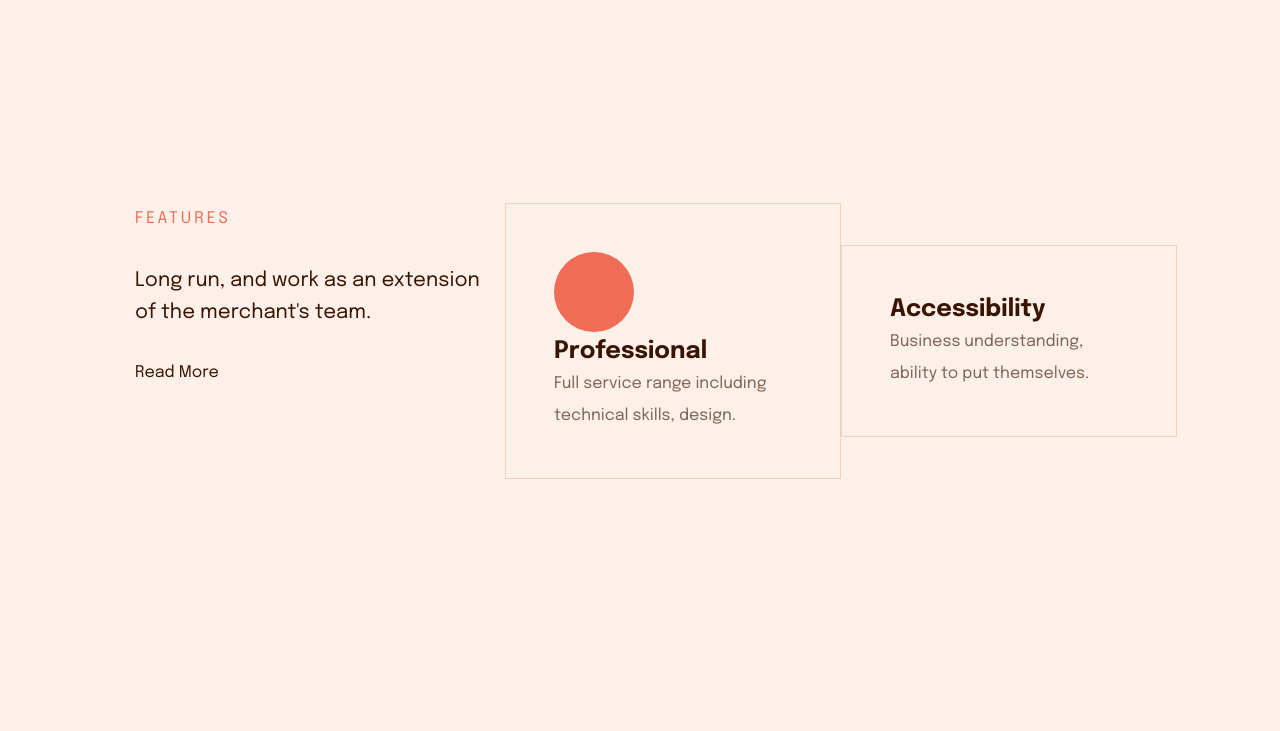
Repository: kubrazamanova/Project-7
Page: index.html
An editor plug-in stored every save of this project. The page is shown before and after the next save, followed by the edit.
The browser window is 1280 px wide. The pictures show the whole page.

Above is the page before, as saved 2023-09-23 10:36:47.

### index.html
<!DOCTYPE html>
<html lang="en">
  <head>
    <meta charset="UTF-8" />
    <meta name="viewport" content="width=device-width, initial-scale=1.0" />
    <link rel="stylesheet" href="index.css" />
    <title>Document</title>
  </head>
  <body>
    <div class="container">
      <div class="box">
        <h1>Features</h1>
        <p>Long run, and work as an extension of the merchant's team.</p>
        <a href="#">Read More</a>
      </div>

      <ul>
        <li >

            <svg
              xmlns="http://www.w3.org/2000/svg"
              width="80"
              height="80"
              viewBox="0 0 80 80"
              fill="none"
            >
              <circle cx="40" cy="40" r="40" fill="#EF6C57" />
            </svg>
            <h2>Professional</h2>
            <span>Full service range including technical skills, design.</span>

        </li>
        <li>

            <h2>Accessibility</h2>
            <span>Business understanding, ability to put themselves.</span>

        </li>
      </ul>
    </div>
  </body>
</html>

### index.css
@import url("https://fonts.googleapis.com/css2?family=Epilogue:wght@400;700&display=swap");
* {
  margin: 0;
  padding: 0;
  box-sizing: border-box;
}

.container {
  padding: 203px 182px 252px 135px;
  background: #fdf0e9;
  min-height: 100vh;
  display: flex;
}

.container .box h1 {
  margin-bottom: 30px;
  color: var(--Text_Dark_Accent, #ef6d58);
  font-feature-settings: "clig" off, "liga" off;
  font-family: Epilogue;
  font-size: 16px;
  font-style: normal;
  font-weight: 400;
  line-height: 32px;
  letter-spacing: 3px;
  text-transform: uppercase;
}

.container .box p {
  width: 370px;
  color: var(--Text_Dark, #391400);
  font-feature-settings: "clig" off, "liga" off;
  font-family: Epilogue;
  font-size: 20px;
  font-style: normal;
  font-weight: 400;
  line-height: 32px;
}

.container .box a {
  margin-top: 28px;
  display: block;
  color: var(--Text_Dark, #391400);
  font-feature-settings: "clig" off, "liga" off;
  font-family: Epilogue;
  font-size: 16px;
  font-style: normal;
  font-weight: 400;
  line-height: 32px;
  text-decoration: none;
}
ul {
  /* padding: 0 134px; */
  display: flex;
  align-items: center;
}

ul li {
  list-style-type: none;
  border: 1px solid #f3d1bf;
  padding: 48px 48px 46px 48px;
  width: 336px;


}
.container li h2 {
  color: var(--Text_Dark, #391400);
  font-feature-settings: "clig" off, "liga" off;
  font-family: Epilogue;
  font-size: 24px;
  font-style: normal;
  font-weight: 700;
  line-height: 32px;
}

.container li span {
  width: 240px;
  color: var(--Text_Dark_Gray, rgba(57, 20, 0, 0.64));
  font-feature-settings: "clig" off, "liga" off;
  font-family: Epilogue;
  font-size: 16px;
  font-style: normal;
  font-weight: 400;
  line-height: 32px;
}



.white-box {
  width: 336px;
  height: 336px;
  background-color: white;
  width: 336px;
  height: 336px;
  border-radius: 6px 6px 0px 6px;

  box-shadow: 0px 32px 64px 0px rgba(57, 20, 0, 0.04);
}

.white-box .box-3 h2 {
  margin-top: 41px;
}

.white-box .box-3 span {
  margin-top: 19px;
}

After the next save:
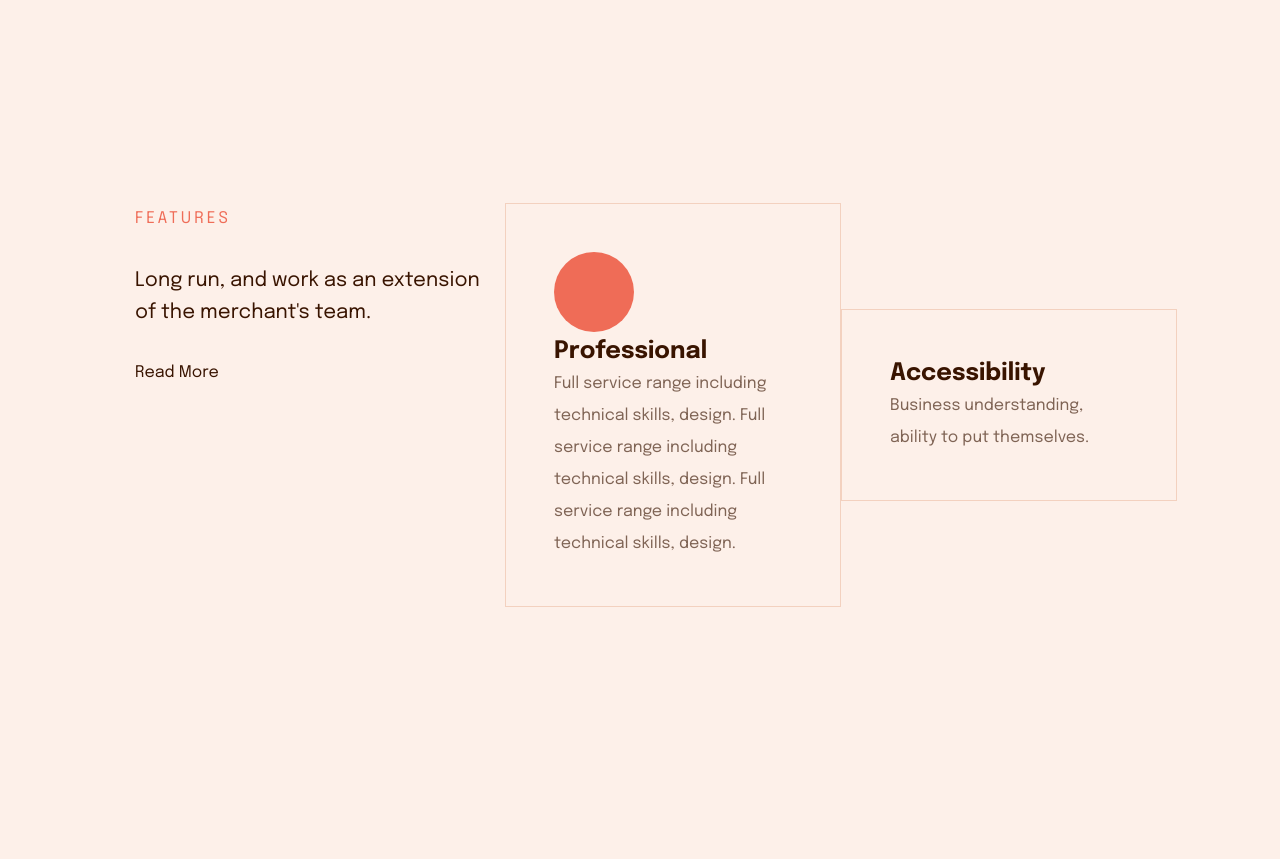
Saved 9 s later.
--- a/index.html
+++ b/index.html
@@ -28,6 +28,8 @@
             </svg>
             <h2>Professional</h2>
             <span>Full service range including technical skills, design.</span>
+            <span>Full service range including technical skills, design.</span>
+            <span>Full service range including technical skills, design.</span>
 
         </li>
         <li>

After the save that followed:
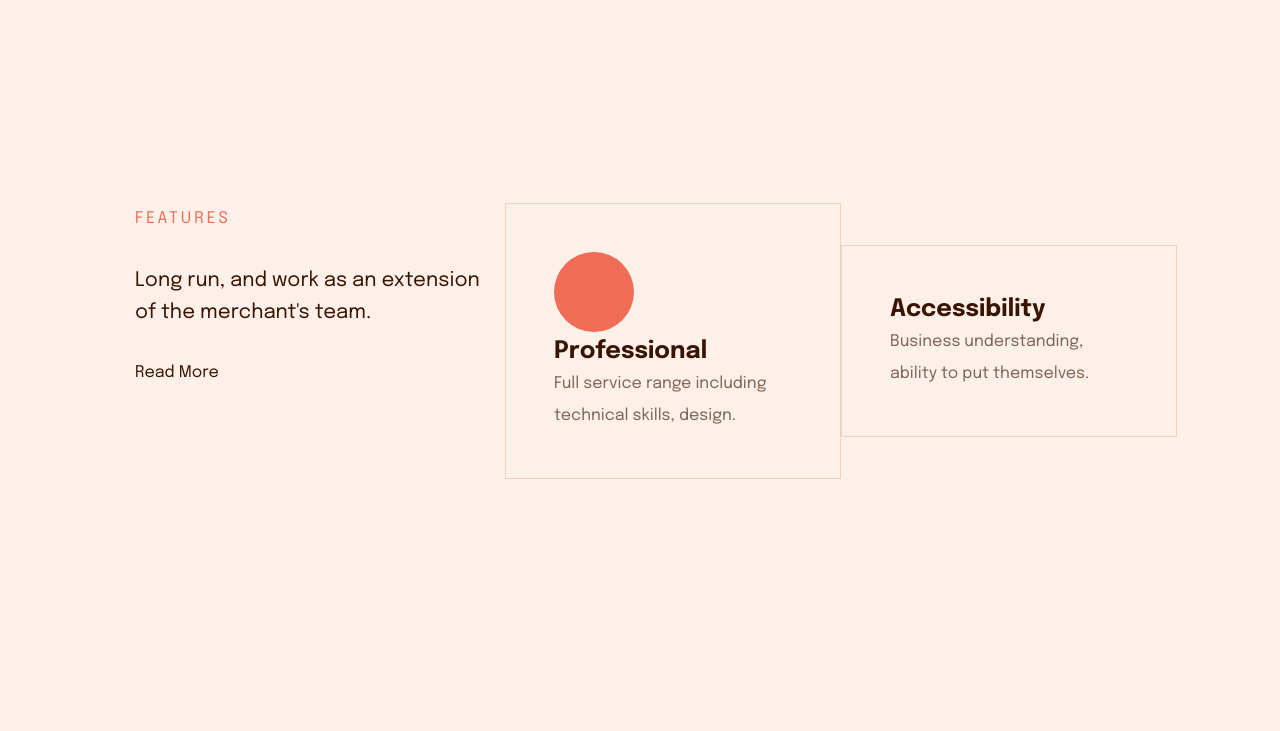
Saved 13 s later.
--- a/index.html
+++ b/index.html
@@ -28,8 +28,6 @@
             </svg>
             <h2>Professional</h2>
             <span>Full service range including technical skills, design.</span>
-            <span>Full service range including technical skills, design.</span>
-            <span>Full service range including technical skills, design.</span>
 
         </li>
         <li>
